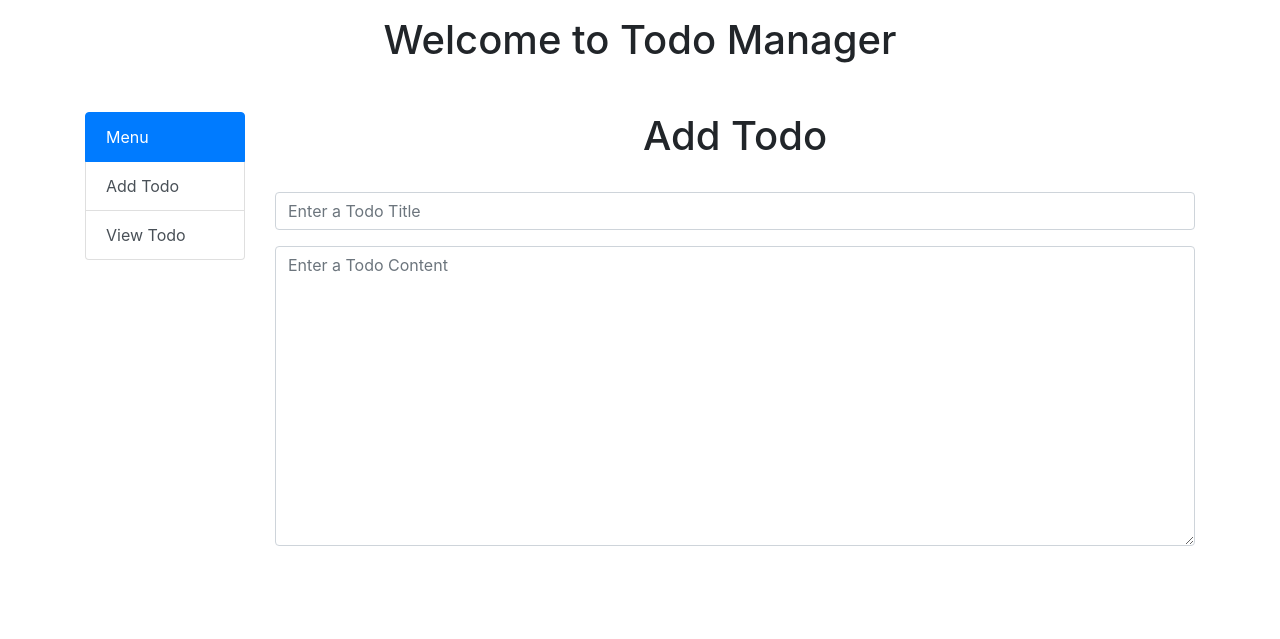
Repository: HarshViijay/spring-boot
Page: http://localhost/ToDoApp/add
An editor plug-in stored every save of this project. The page is shown before and after the next save, followed by the edit.
The browser window is 1280 px wide. The pictures show the whole page.
Some web libraries are served in a nearby version. The page is served by Tomcat 9. Other server files are loaded and not shown.

Above is the page before, as saved 2023-03-12 11:45:36.

### ToDoApp/src/main/webapp/WEB-INF/pages/home.jsp
<%@ page language="java" contentType="text/html; charset=UTF-8"
	pageEncoding="UTF-8"%>

<%@ taglib prefix="c" uri="http://java.sun.com/jsp/jstl/core"%>

<%@page isELIgnored="false"%>

<%@ taglib prefix="form" uri="http://www.springframework.org/tags/form"%>

<!doctype html>
<html lang="en">
<head>
<!-- Required meta tags -->
<meta charset="utf-8">
<meta name="viewport"
	content="width=device-width, initial-scale=1, shrink-to-fit=no">

<!-- Bootstrap CSS -->
<link rel="stylesheet"
	href="https://cdn.jsdelivr.net/npm/bootstrap@4.0.0/dist/css/bootstrap.min.css"
	integrity="sha384-Gn5384xqQ1aoWXA+058RXPxPg6fy4IWvTNh0E263XmFcJlSAwiGgFAW/dAiS6JXm"
	crossorigin="anonymous">

<title><c:out value="${page }"></c:out></title>
</head>
<body>

	<div class="container mt-3">
		<h1 class="text-center">Welcome to Todo Manager</h1>

		<div class="row mt-5">
			<div class="col-md-2">

				<div class="list-group">
					<button type="button"
						class="list-group-item list-group-item-action active">
						Menu</button>
					<a href="<c:url value='/add'></c:url>"
						class="list-group-item list-group-item-action">Add Todo</a> <a
						href="<c:url value='/home'></c:url>"
						class="list-group-item list-group-item-action">View Todo </a>
				</div>

			</div>
			<div class="col-md-10">

				<c:if test="${page=='home' }">
					<h1 class="text-center">All Todos</h1>
				</c:if>

				<c:if test="${page=='add' }">
					<h1 class="text-center">Add Todo</h1>

					<br>

					<form:form action="/saveTodo" method="post" modelAttribute="todo">

						<div class="form-group">

							<form:input path="todoTitle" cssClass="form-control" placeholder="Enter a Todo Title" />

						</div>

						<div class="form-group">

							<form:textarea path="todoContent" cssClass="form-control" placeholder="Enter a Todo Content" cssStyle="height:300px"/>

						</div>

					</form:form>


				</c:if>

			</div>
		</div>
	</div>

	<!-- Optional JavaScript -->
	<!-- jQuery first, then Popper.js, then Bootstrap JS -->
	<script src="https://code.jquery.com/jquery-3.2.1.slim.min.js"
		integrity="sha384-KJ3o2DKtIkvYIK3UENzmM7KCkRr/rE9/Qpg6aAZGJwFDMVNA/GpGFF93hXpG5KkN"
		crossorigin="anonymous"></script>
	<script
		src="https://cdn.jsdelivr.net/npm/popper.js@1.12.9/dist/umd/popper.min.js"
		integrity="sha384-ApNbgh9B+Y1QKtv3Rn7W3mgPxhU9K/ScQsAP7hUibX39j7fakFPskvXusvfa0b4Q"
		crossorigin="anonymous"></script>
	<script
		src="https://cdn.jsdelivr.net/npm/bootstrap@4.0.0/dist/js/bootstrap.min.js"
		integrity="sha384-JZR6Spejh4U02d8jOt6vLEHfe/JQGiRRSQQxSfFWpi1MquVdAyjUar5+76PVCmYl"
		crossorigin="anonymous"></script>
</body>
</html>

### ToDoApp/src/main/java/com/entities/Todo.java
package com.entities;

import java.util.Date;

public class Todo {

	private String todoTitle;
	private String todoContent;
	private Date todoDate;

	public Todo(String todoTitle, String todoContent, Date todoDate) {
		super();
		this.todoTitle = todoTitle;
		this.todoContent = todoContent;
		this.todoDate = todoDate;
	}
	public Todo() {
		super();
		// TODO Auto-generated constructor stub
	}
	public String getTodoTitle() {
		return todoTitle;
	}
	public void setTodoTitle(String todoTitle) {
		this.todoTitle = todoTitle;
	}
	public String getTodoContent() {
		return todoContent;
	}
	public void setTodoContent(String todoContent) {
		this.todoContent = todoContent;
	}
	public Date getTodoDate() {
		return todoDate;
	}
	public void setTodoDate(Date todoDate) {
		this.todoDate = todoDate;
	}
	@Override
	public String toString() {
		// TODO Auto-generated method stub
		return this.getTodoTitle()+" : "+this.getTodoContent();
	}


}

After the next save:
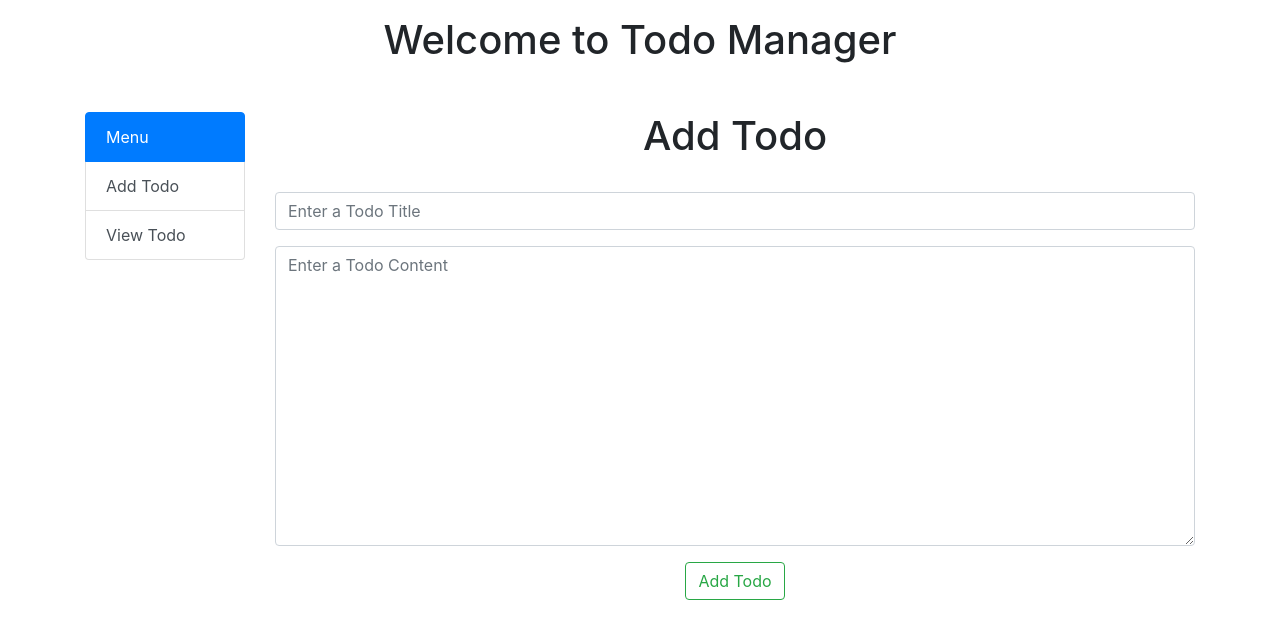
Saved 64 s later.
--- a/ToDoApp/src/main/webapp/WEB-INF/pages/home.jsp
+++ b/ToDoApp/src/main/webapp/WEB-INF/pages/home.jsp
@@ -67,6 +67,10 @@
 
 						</div>
 
+						<div class="container text-center">
+							<button class="btn btn-outline-success">Add Todo</button>
+						</div>
+
 					</form:form>
 
 
